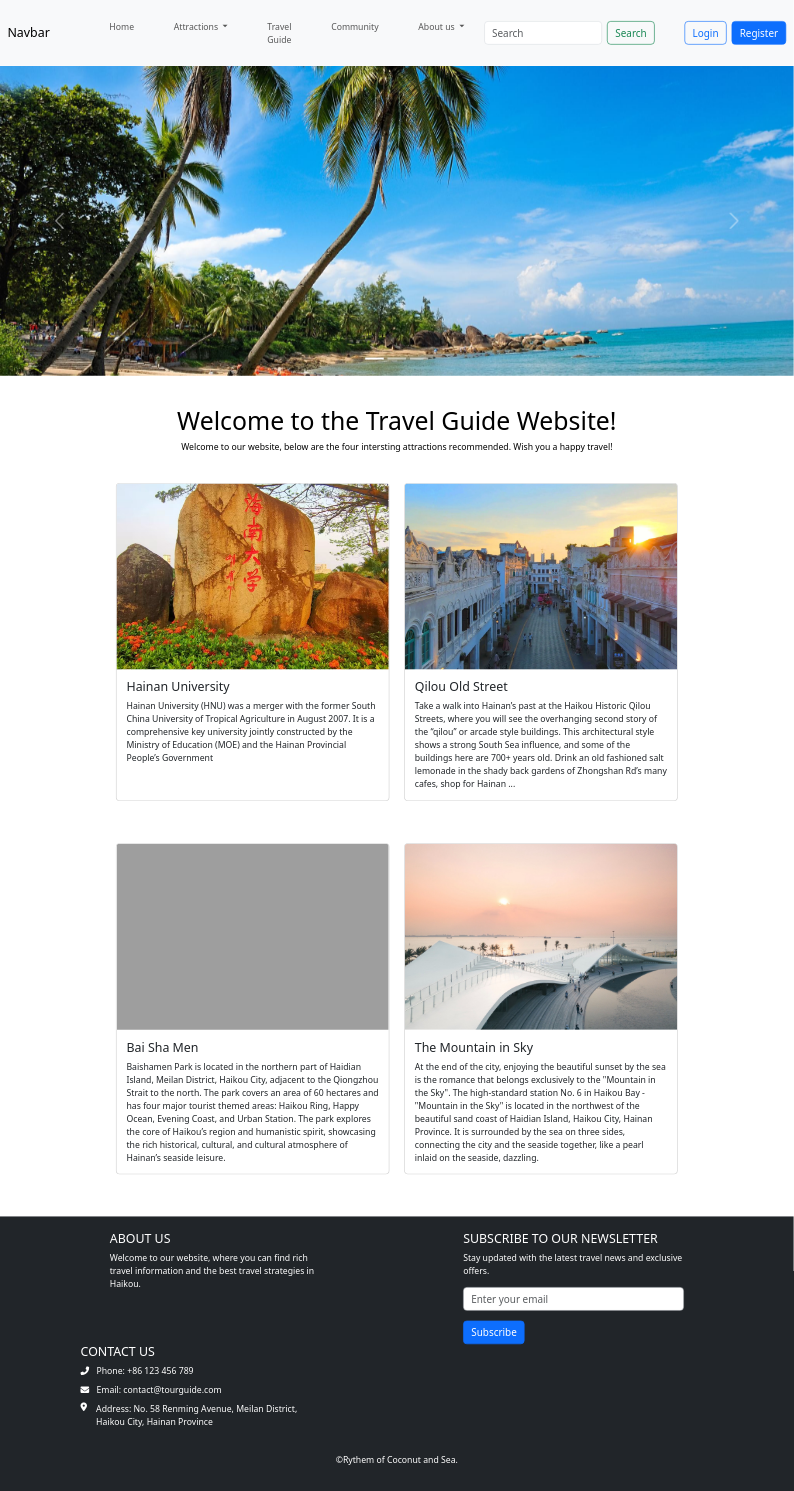
Repository: NIIT-RG6/web-project
Page: /
An editor plug-in stored every save of this project. The page is shown before and after the next save, followed by the edit.
The browser window is 1280 px wide. The pictures show the whole page, at 62% of full size.
Pictures or frames that could not be fetched are drawn as grey boxes. The project was rebuilt for these pictures with package versions that can differ from the ones it lists, and the page was loaded fresh each time. Also part of the build but not shown: vue.config.js, src/views/College.vue, src/views/Foods.vue, src/views/Park.vue, src/views/Sky.vue, src/views/Street.vue, src/views/StrategyHome.vue, src/views/StrategyBlog.vue and 6 more. Imported but missing from the stored project, and not drawn on this page: src/assets/js/vuetify.js.

Above is the page before, as saved 2024-10-25 03:42:11.

After the next save:
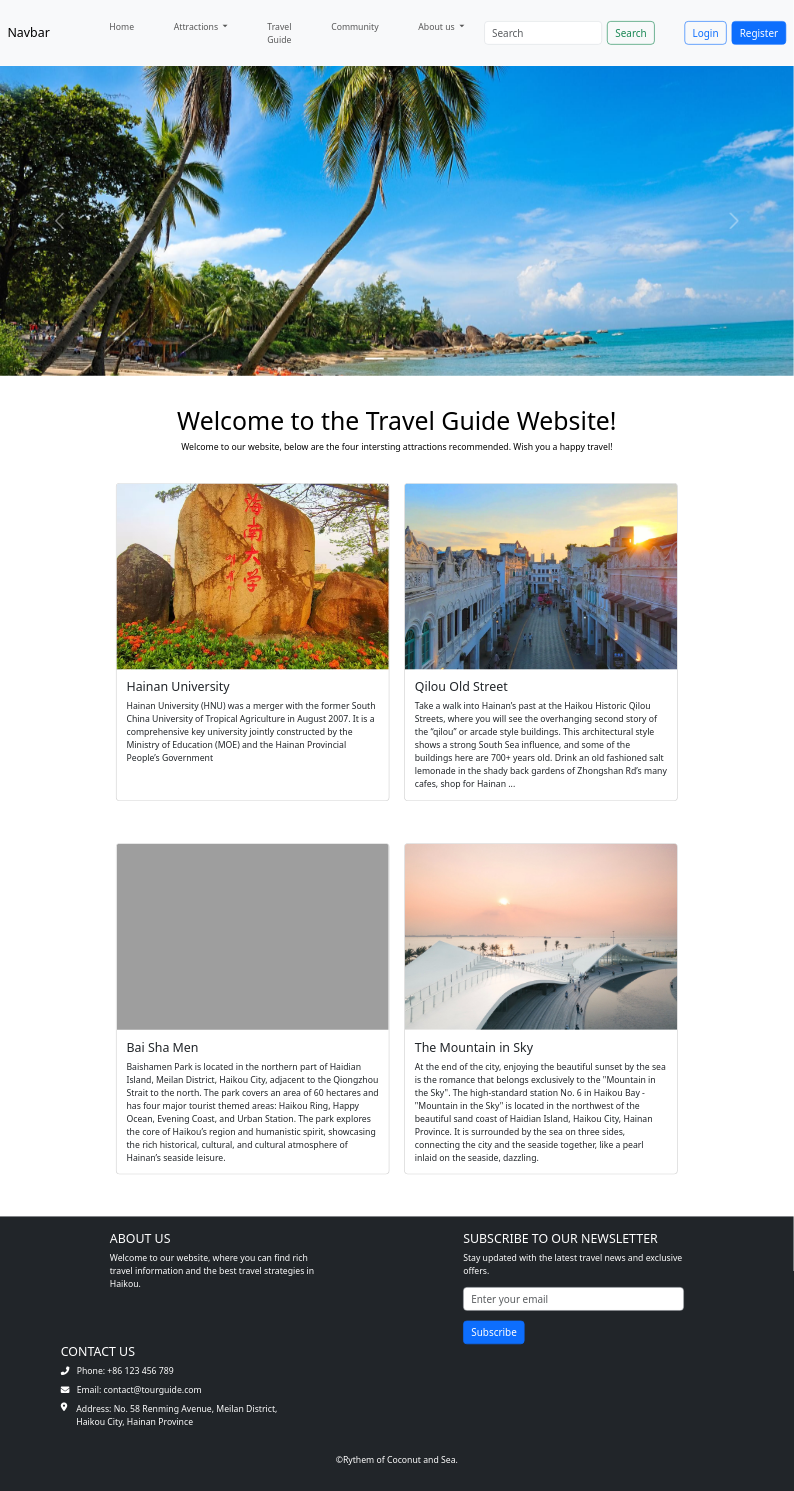
Saved 5 s later.
--- a/src/components/AppFooter.vue
+++ b/src/components/AppFooter.vue
@@ -24,7 +24,7 @@
 
 
                 <!-- NEWSLETTER SIGNUP -->
-                <div class="col-md-4 mx-5">
+                <div class="col-md-4 mx-3">
                     <h5>CONTACT US</h5>
                     <ul class="list-unstyled contact-info">
                         <li>
